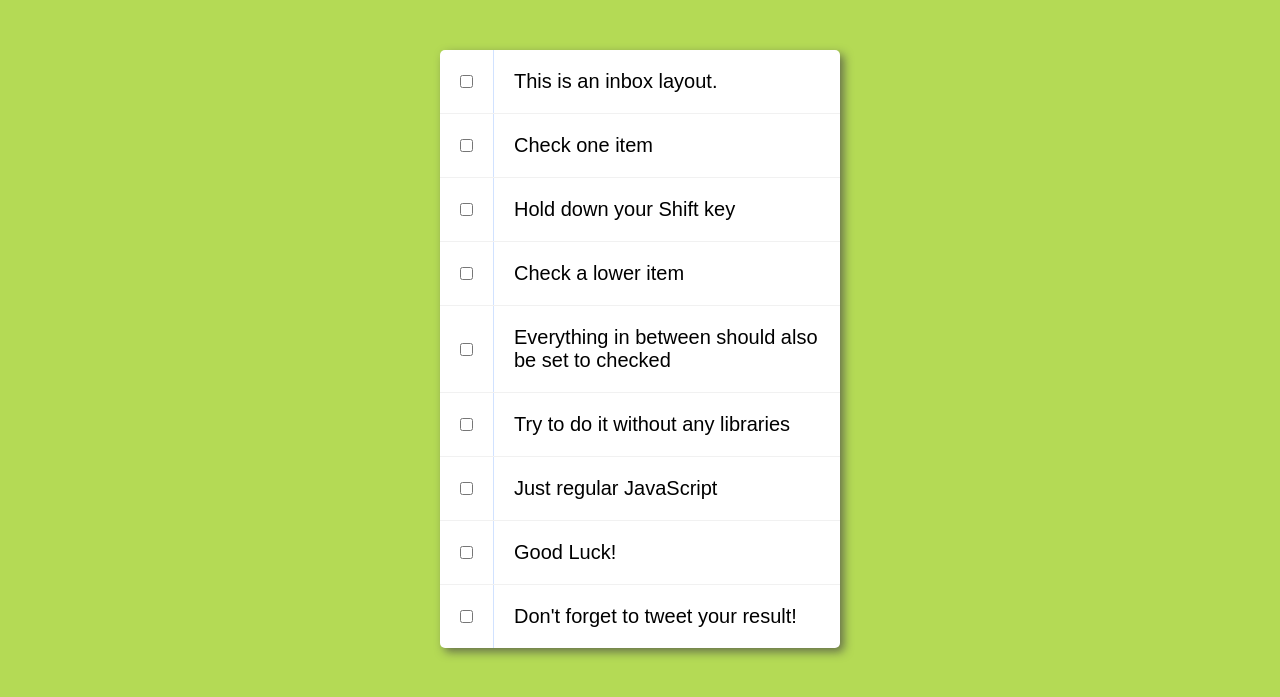
Repository: Freezler/Shift-Select-Checkboxes
Page: index.html
These files come from the project's save history. The page is drawn as it stood at one moment and after the next save; the edit follows.
The browser window is 1280 px wide. The pictures show the whole page.

Above is the page before, as saved 2024-09-07 21:21:56.

After the next save:
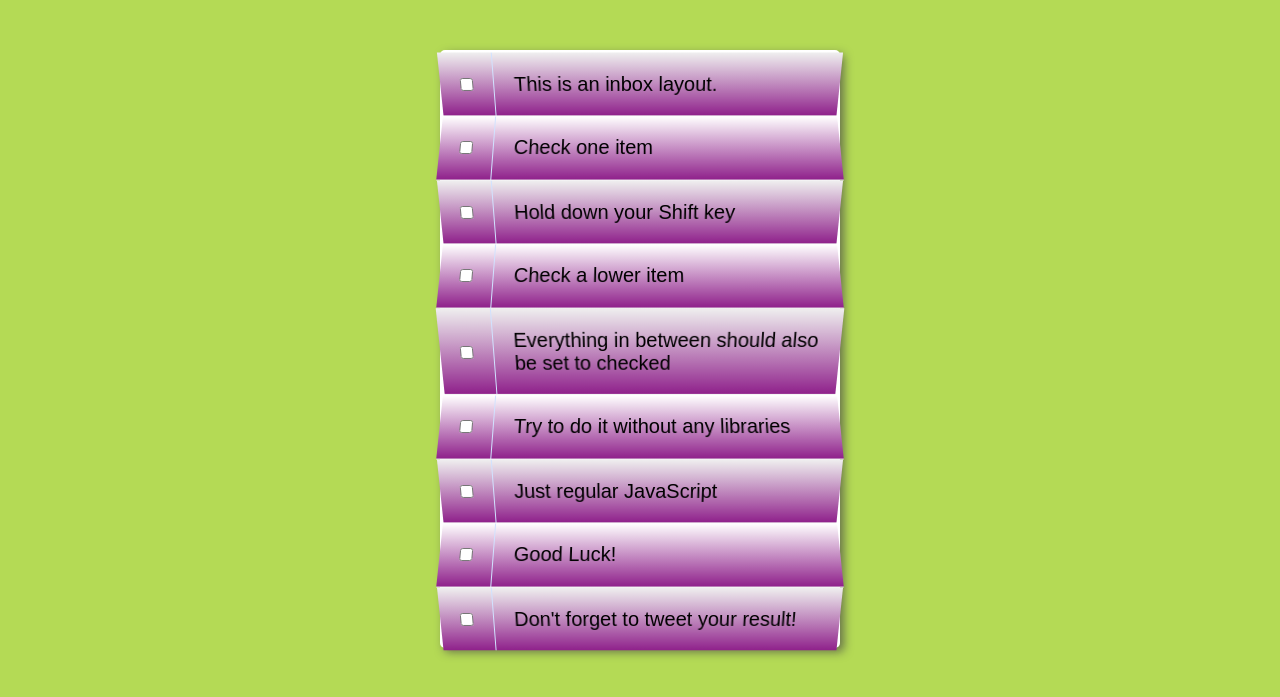
Saved 3 min 9 s later.
--- a/index.html
+++ b/index.html
@@ -54,6 +54,15 @@
       accent-color: #a30404bd;
     }
 
+    .inbox .item:nth-child(even) {
+      transform: perspective(100px) rotateX(3deg) translateY(2px) scale(1.001);
+      background: linear-gradient(to bottom, #ffffff 0%, #8f218b 100%);
+    }
+
+    .inbox .item:nth-child(odd) {
+      transform: perspective(100px) rotateX(-3deg) translateY(3px);
+      background: linear-gradient(to top, #8f218b 0%, #EFEFEF 100%);
+    }
 
     p {
       margin: 0;
